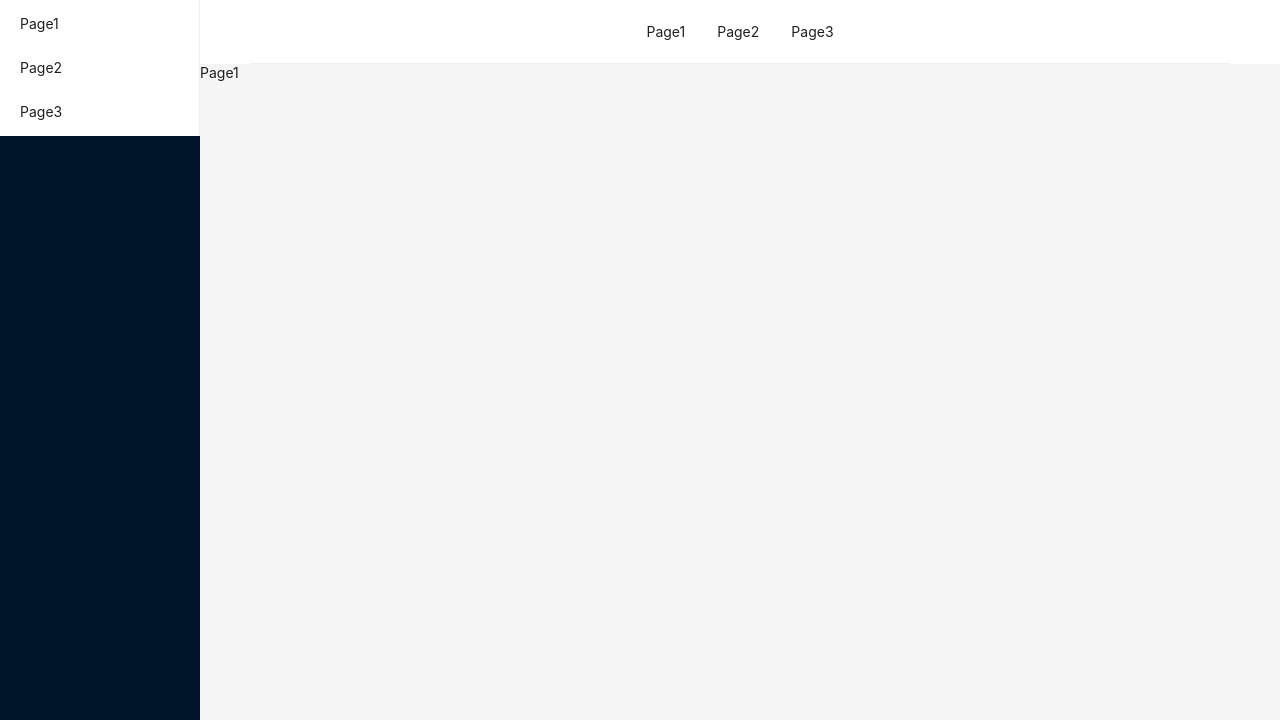
Repository: BESTETURKMEN/e-commerce
Page: /
An editor plug-in stored every save of this project. The page is shown before and after the next save, followed by the edit.
The browser window is 1280 px wide. The pictures show the whole page.
The project was rebuilt for these pictures with package versions that can differ from the ones it lists, and the page was loaded fresh each time. Also part of the build but not shown: webpack.config.js, src/pages/page2.jsx, src/pages/page3.jsx, src/pages/page6.jsx. Imported but missing from the stored project, and not drawn on this page: src/pages/page4, src/pages/page5.

Above is the page before, as saved 2023-08-21 11:01:14.

After the next save:
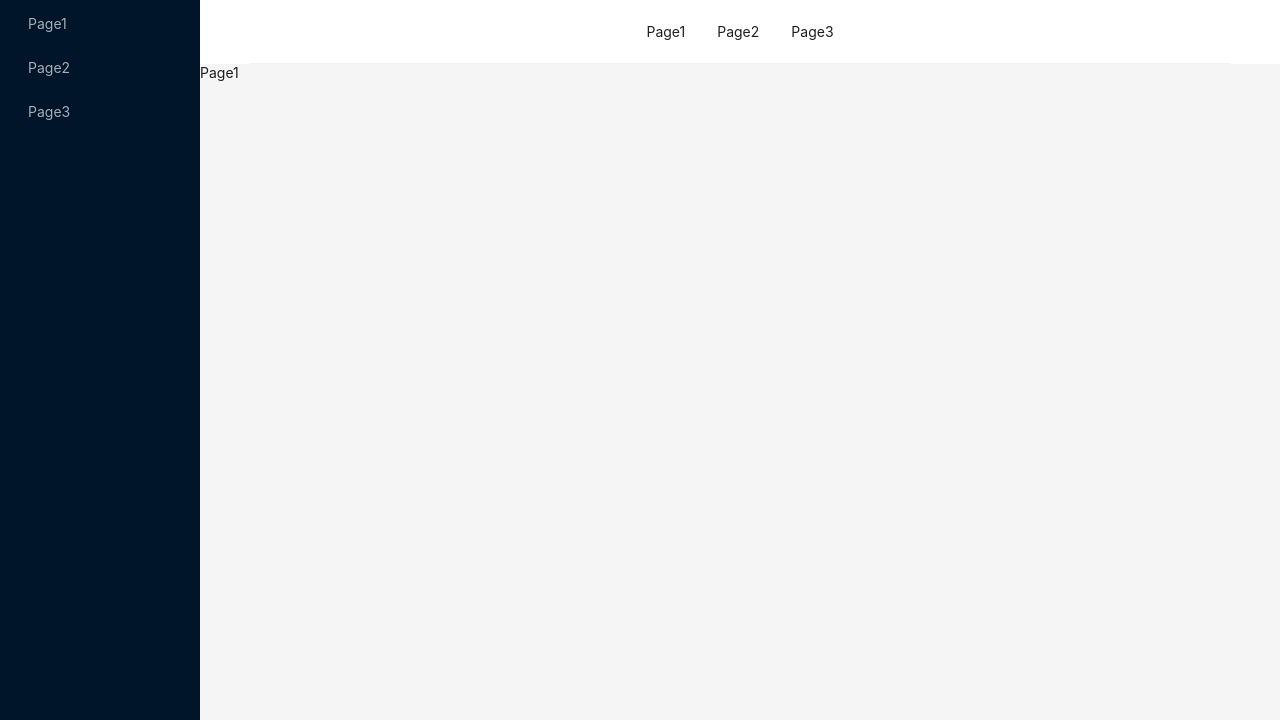
Saved 19 s later.
--- a/src/layout/sider.jsx
+++ b/src/layout/sider.jsx
@@ -45,7 +45,7 @@ export default function Sider() {
           },
         ]}
       /> */}
-      <Menu>
+      <Menu theme="dark" mode="inline">
         {menu.map((item) => (
           <Menu.Item key={item.key}>
             <Link to={item.path}>{item.label}</Link>
